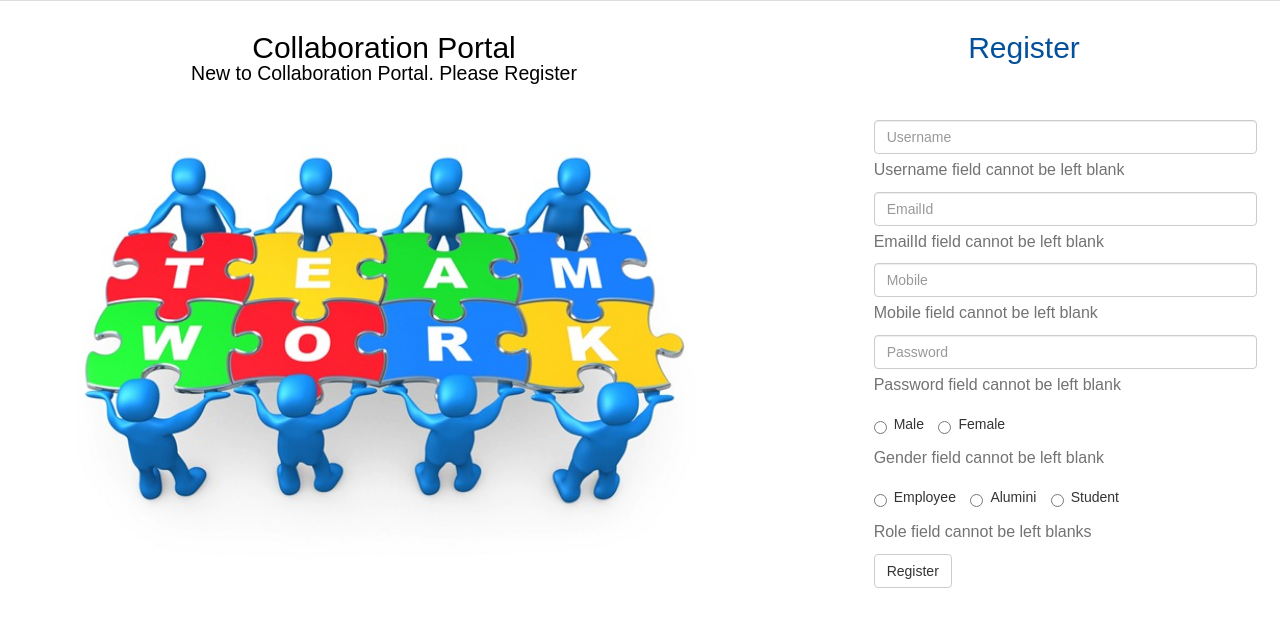
Repository: KaustubhKamat/CollaborationPlatform
Page: CollaborationFrontEnd/WebContent/c_user/Register.html
These files come from the project's save history. The page is drawn as it stood at one moment and after the next save; the edit follows.
The browser window is 1280 px wide. The pictures show the whole page.
Some web libraries are served in a nearby version.

Above is the page before, as saved 2017-03-03 11:08:04.

After the next save:
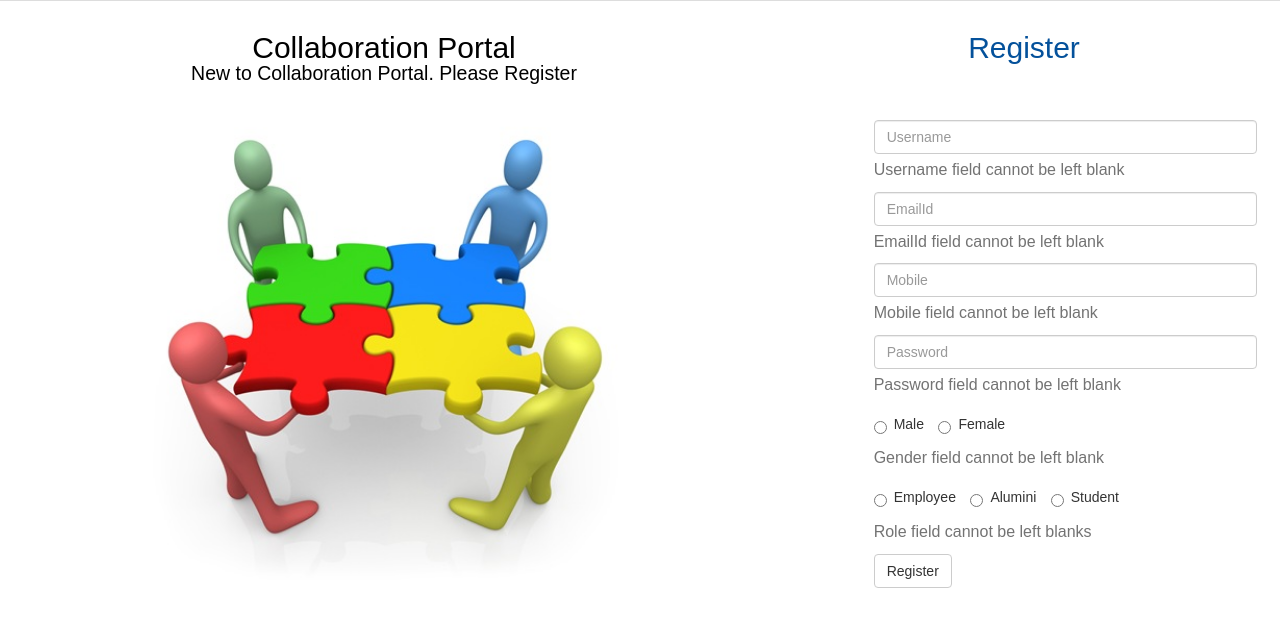
Saved 4 min 28 s later.
--- a/CollaborationFrontEnd/WebContent/c_user/Register.html
+++ b/CollaborationFrontEnd/WebContent/c_user/Register.html
@@ -58,7 +58,7 @@ h2 {
 <tr>
 <td width="60%" valign="top" style="padding-top: 10px">
 <center> <h2 style="color:black;">Collaboration Portal <br><small style="color:black;">New to Collaboration Portal. Please Register</small> </h2></center>
-<center><img src="resources/Images/login.jpg" height="500px"></center>
+<center><img src="resources/Images/register.jpg" height="500px"></center>
 </td>
 <td width="40%" style="padding-top: 10px">
 <h2 style="color:#04519b">Register</h2>
